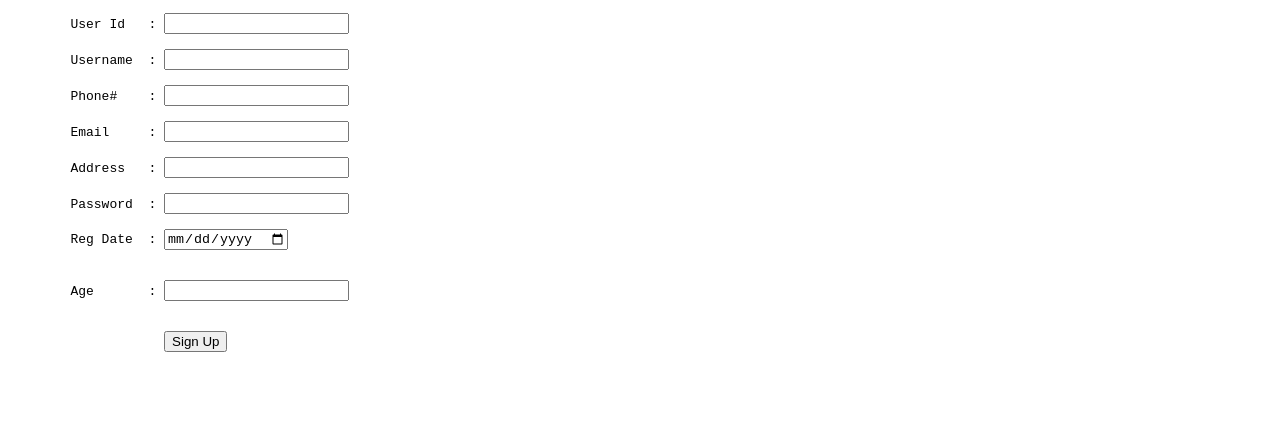
Repository: blackburn99/E-Learning-Project
Page: http://localhost/e-learning-project-frontend/registration.jsp
An editor plug-in stored every save of this project. The page is shown before and after the next save, followed by the edit.
The browser window is 1280 px wide. The pictures show the whole page.
The page is served by Tomcat 9.

Above is the page before, as saved 2021-08-18 05:05:58.

After the next save:
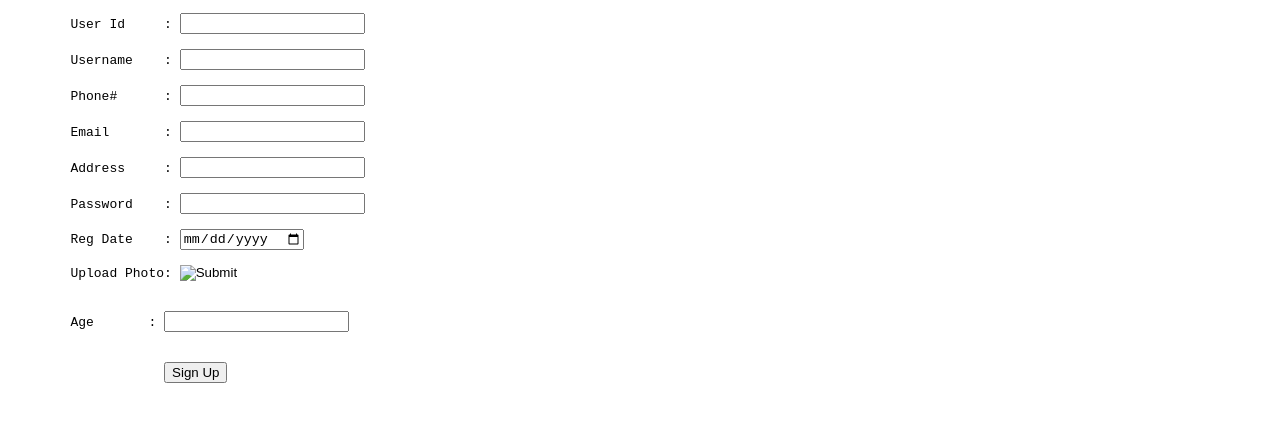
Saved 3 min 12 s later.
--- a/e-learning-project-frontend/src/main/webapp/registration.jsp
+++ b/e-learning-project-frontend/src/main/webapp/registration.jsp
@@ -9,13 +9,14 @@
 <body>
 	<form action="register" method="POST">
         <pre>
-        User Id   : <input type="number" name="id" /><br>
-        Username  : <input type="text" name="username" /><br>
-        Phone#    : <input type="number" name="phone" /><br>
-        Email     : <input type="email" name="email" /><br>
-        Address   : <input type="address" name="address" /><br>
-        Password  : <input type="password" name="password" /><br>
-        Reg Date  : <input type="date" name="reg_date" /><br>
+        User Id     : <input type="number" name="id" /><br>
+        Username    : <input type="text" name="username" /><br>
+        Phone#      : <input type="number" name="phone" /><br>
+        Email       : <input type="email" name="email" /><br>
+        Address     : <input type="address" name="address" /><br>
+        Password    : <input type="password" name="password" /><br>
+        Reg Date    : <input type="date" name="reg_date" /><br>
+        Upload Photo: <input type="image" name="upload_photo" /><br>
 
         Age       : <input type="number" name="age" /><br>
 
